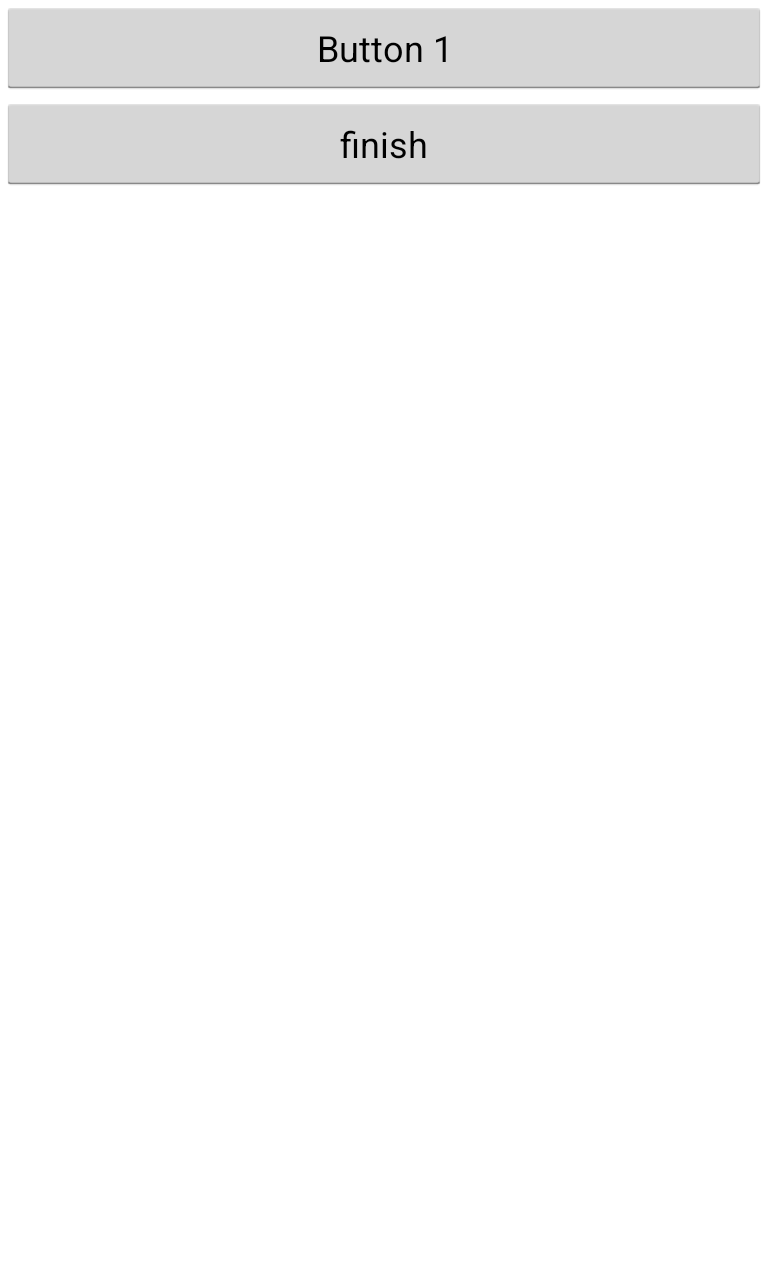
Repository: hohoTT/Android_summarize
Layout: ActivityTest/res/layout/first_layout.xml
The author's editor kept a copy of each file at every save. The layout is drawn from the files as they stood at one save, then again after the next save.
It is drawn on a 768 x 1280 px phone screen (xhdpi) without system bars, with theme AppTheme; the app's code is not run.

Above is the layout before, as saved 2016-02-21 14:04:10.

After the next save:
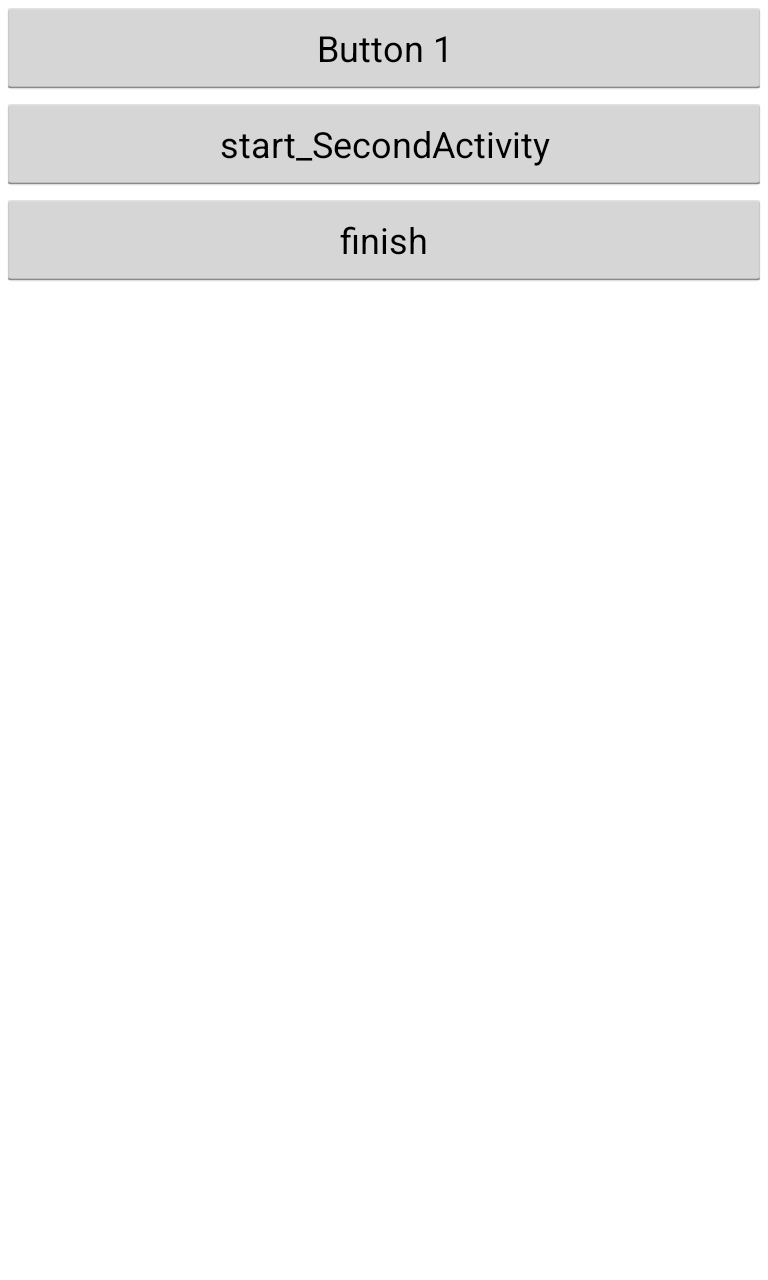
Saved 3 min 37 s later.
--- a/ActivityTest/res/layout/first_layout.xml
+++ b/ActivityTest/res/layout/first_layout.xml
@@ -11,6 +11,12 @@
         android:text="Button 1" />
 
     <Button
+        android:id="@+id/button_start_SecondActivity"
+        android:layout_width="match_parent"
+        android:layout_height="wrap_content"
+        android:text="start_SecondActivity" />
+
+    <Button
         android:id="@+id/button_finish"
         android:layout_width="match_parent"
         android:layout_height="wrap_content"
